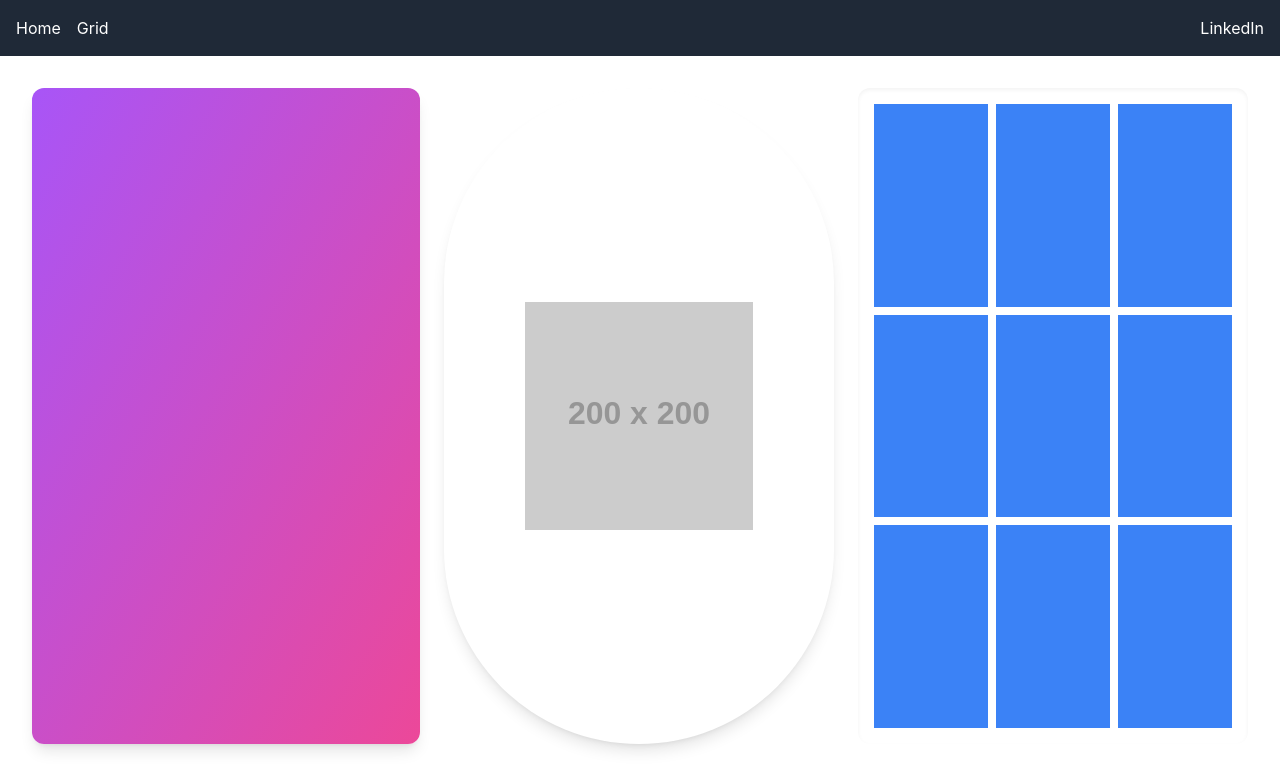
Repository: Vivek300705/Dashboard
Page: /
An editor plug-in stored every save of this project. The page is shown before and after the next save, followed by the edit.
The browser window is 1280 px wide. The pictures show the whole page.
The project was rebuilt for these pictures with package versions that can differ from the ones it lists, and the page was loaded fresh each time.

Above is the page before, as saved 2025-01-22 09:41:46.

### src/App.js
import React from "react";
import { BrowserRouter as Router, Routes, Route, Link } from "react-router-dom";
import Home from "./components/Home";

function App() {
  return (
    <Router>
      <div className="App">
        {/* Navigation Bar */}
        <nav className="bg-gray-800 text-white flex justify-between items-center p-4">
          <div className="flex space-x-4">
            <Link className="hover:underline" to="/">Home</Link>
            <Link className="hover:underline" to="/grid">Grid</Link>
          </div>
          <a
            className="hover:underline"
            href="https://www.linkedin.com/in/your-profile/"
            target="_blank"
            rel="noopener noreferrer"
          >
            LinkedIn
          </a>
        </nav>

        {/* Routes */}
        <Routes>
          <Route path="/" element={<Home />} />
        </Routes>
      </div>
    </Router>
  );
}

export default App;

### src/components/Home.js
import React from "react";

function Home() {
  return (
    <div className="flex flex-col lg:flex-row items-center justify-between p-4 lg:p-8 h-screen gap-6">
      {/* Left Section */}
      <div className="bg-gradient-to-br from-purple-500 to-pink-500 w-full lg:w-1/3 h-64 lg:h-full rounded-xl shadow-lg"></div>

      {/* Center Section */}
      <div className="flex items-center justify-center w-full lg:w-1/3 h-64 lg:h-full bg-white rounded-full shadow-lg p-6">
        <img
          src="https://via.placeholder.com/200"
          alt="E-cell Logo"
          className="w-2/3 h-auto"
        />
      </div>

      {/* Right Section */}
      <div className="bg-white w-full lg:w-1/3 h-64 lg:h-full rounded-xl shadow-inner grid grid-cols-3 gap-2 p-4">
        {[...Array(9)].map((_, index) => (
          <div
            key={index}
            className="bg-blue-500 w-full h-full cursor-pointer"
            onClick={(e) => handleGridClick(e, index)}
          ></div>
        ))}
      </div>
    </div>
  );
}

const handleGridClick = (e, index) => {
  const gridItem = e.target;
  gridItem.style.backgroundColor = "red";

  if (index === 8) {
    const gridItems = document.querySelectorAll(".grid-cols-3 > div");
    let delay = 0;
    gridItems.forEach((item) => {
      if (item.style.backgroundColor === "red") {
        setTimeout(() => {
          item.style.backgroundColor = "blue";
        }, delay);
        delay += 200;
      }
    });
  }
};

export default Home;

Loaded but not shown: public/index.html (common file); src/index.js (common file); src/index.css (common file); src/reportWebVitals.js (common file); tailwind.config.js (common file)

After the next save:
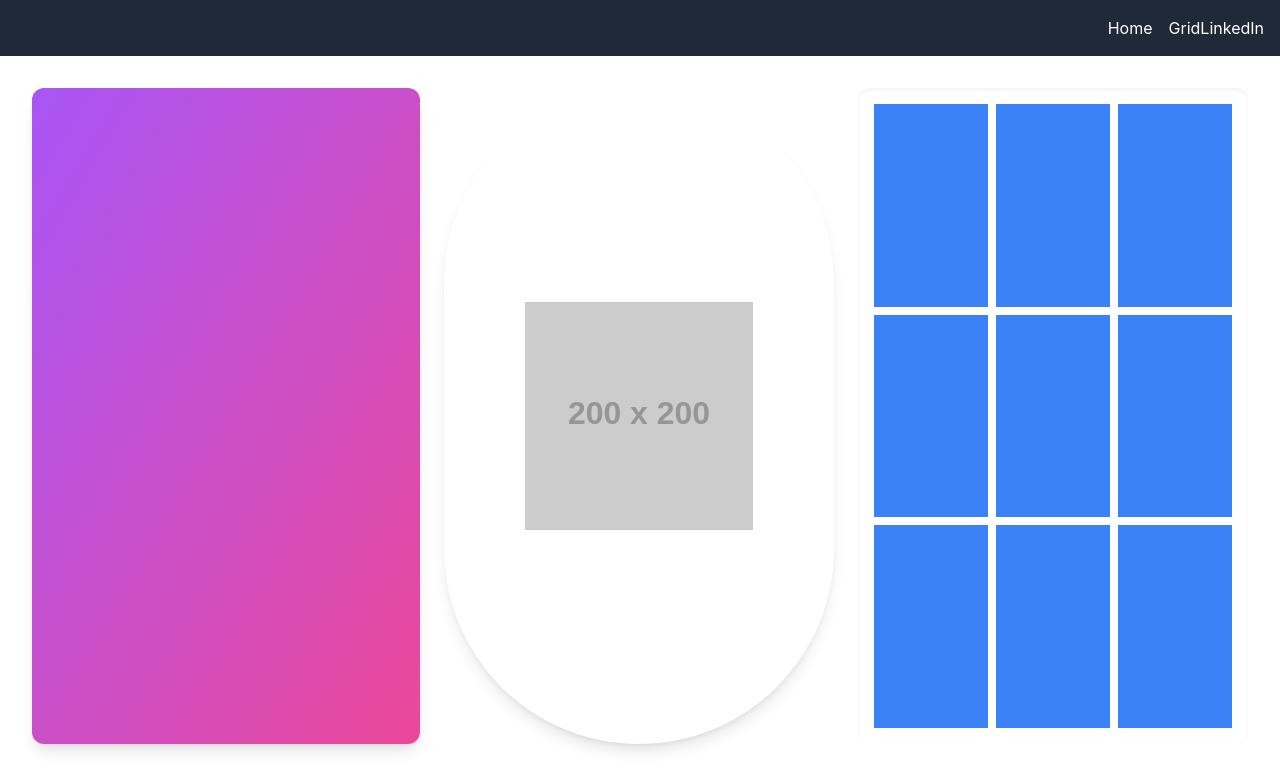
Saved 101 s later.
--- a/src/App.js
+++ b/src/App.js
@@ -7,7 +7,7 @@
     <Router>
       <div className="App">
         {/* Navigation Bar */}
-        <nav className="bg-gray-800 text-white flex justify-between items-center p-4">
+        <nav className="bg-gray-800 text-white flex justify-end items-center p-4">
           <div className="flex space-x-4">
             <Link className="hover:underline" to="/">Home</Link>
             <Link className="hover:underline" to="/grid">Grid</Link>
